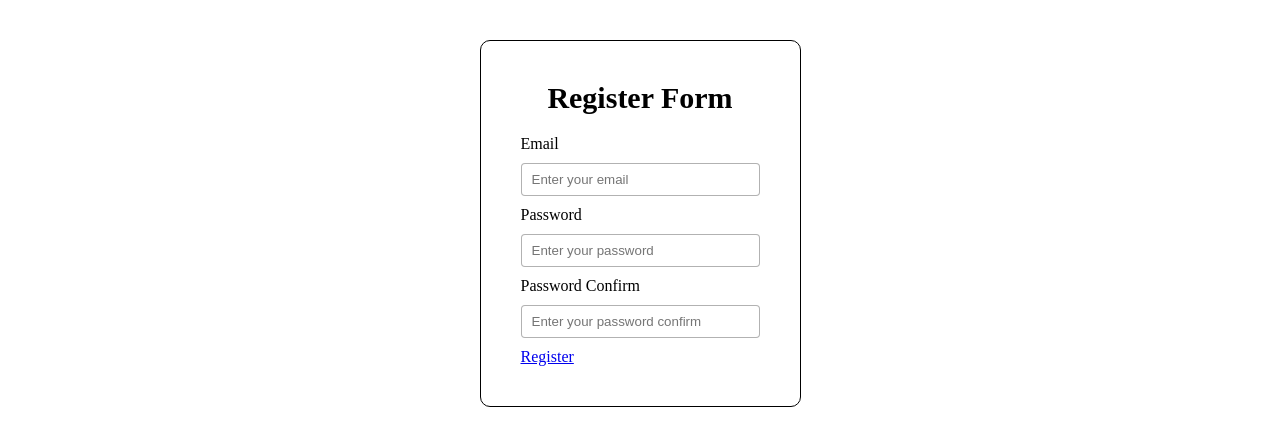
Repository: nptg3105/Register-form
Page: index.html
The author's editor kept a copy of each file at every save. The page is drawn from the files as they stood at one save, then again after the next save.
The browser window is 1280 px wide. The pictures show the whole page.
Some web libraries are served in a nearby version.

Above is the page before, as saved 2022-01-05 21:56:40.

### index.html
<!DOCTYPE html>
<html lang="en">
  <head>
    <meta charset="UTF-8" />
    <meta http-equiv="X-UA-Compatible" content="IE=edge" />
    <meta name="viewport" content="width=device-width, initial-scale=1.0" />
    <title>Document</title>
    <link rel="stylesheet" href="style.css" />
  </head>
  <body>
    <div id="register-form"></div>

    <script
      src="https://unpkg.com/react@17/umd/react.production.min.js"
      crossorigin
    ></script>
    <script
      src="https://unpkg.com/react-dom@17/umd/react-dom.production.min.js"
      crossorigin
    ></script>
    <script src="https://unpkg.com/babel-standalone@6/babel.min.js"></script>
    <script type="text/babel" src="main.js"></script>
  </body>
</html>

### style.css
* {
  box-sizing: border-box;
  margin: 0;
  padding: 0;
}
.register {
  background-color: #fff;
  max-width: max-content;
  margin: 40px auto;
  padding: 40px;
  border: 1px solid #000;
  border-radius: 10px;
}
.title {
  text-align: center;
  font-weight: bold;
  font-size: 30px;
  margin-bottom: 20px;
}
#email,
#password,
#password-confirm {
  margin: 10px 0;
  width: 100%;
  padding: 8px 50px 8px 10px;
  border-radius: 4px;
  border: 1px solid rgba(0, 0, 0, 0.3);
}

### main.js
const registerForm = document.querySelector("#register-form");
const form = (
  <div className="register">
    <h2 className="title">Register Form</h2>
    <form>
      <label for="email">Email</label>
      <br />
      <input
        placeholder="Enter your email"
        type="email"
        id="email"
        name="mail"
      />
      <br />
      <label for="password">Password</label>
      <br />
      <input
        placeholder="Enter your password"
        type="password"
        id="password"
        name="pass"
      />
      <br />
      <label for="password-confirm">Password Confirm</label>
      <br />
      <input
        placeholder="Enter your password confirm"
        type="password"
        id="password-confirm"
        name="pass-confirm"
      />
    </form>
    <a href="#">Register</a>
  </div>
);
ReactDOM.render(form, registerForm);

After the next save:
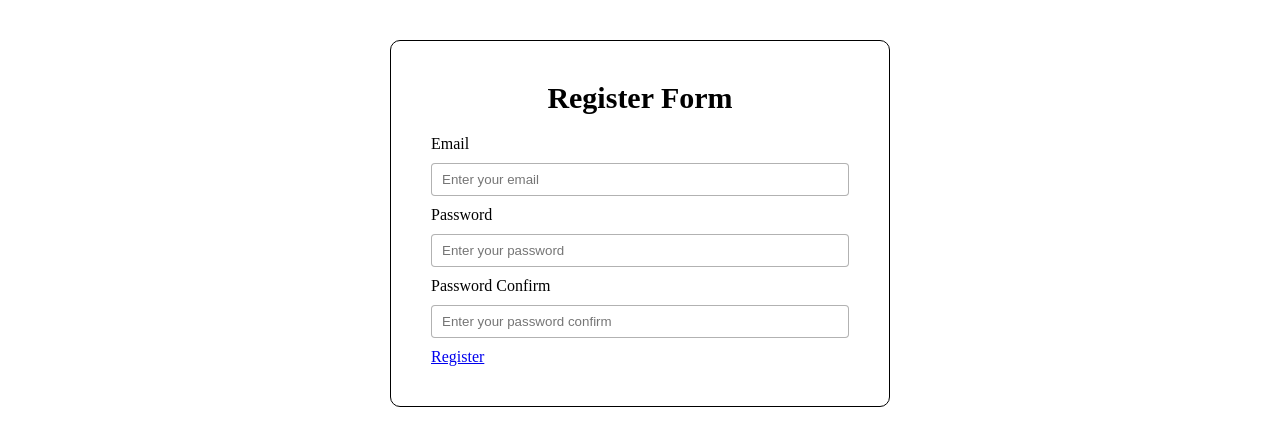
Saved 7 s later.
--- a/style.css
+++ b/style.css
@@ -5,7 +5,7 @@
 }
 .register {
   background-color: #fff;
-  max-width: max-content;
+  max-width: 500px;
   margin: 40px auto;
   padding: 40px;
   border: 1px solid #000;
